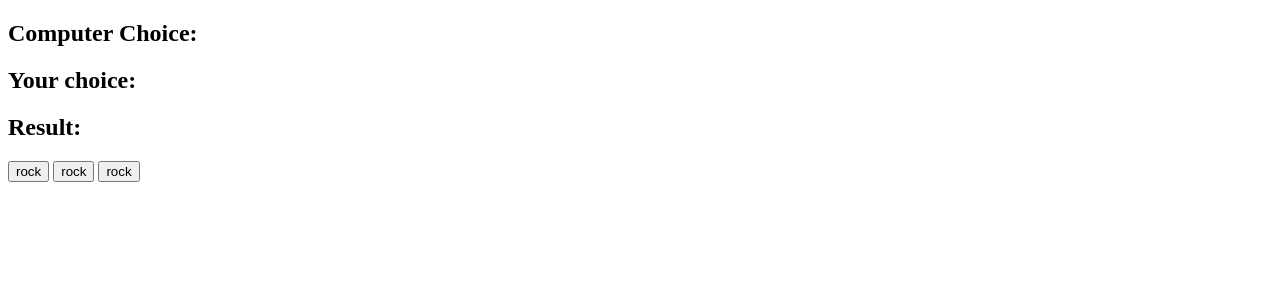
Repository: biggie-pti/java-script-simple-game
Page: index.html
The author's editor kept a copy of each file at every save. The page is drawn from the files as they stood at one save, then again after a run of saves.
The browser window is 1280 px wide. The pictures show the whole page.

Above is the page before, as saved 2022-02-28 18:56:17.

### index.html
<!DOCTYPE html>
<html lang="en">
<head>
    <meta charset="UTF-8">
    <meta http-equiv="X-UA-Compatible" content="IE=edge">
    <meta name="viewport" content="width=device-width, initial-scale=1.0">
    <title>Rock Paper Scissors Tutorial</title>
</head>
<body>
    <h2>Computer Choice: <span id="computer-choice"></span></h2>
    <h2>Your choice: <span id="user-choice"></span></h2>
    <h2> Result: <span id="result"></span></h2>

    <button id="rock"> rock</button>
    <button id="rock"> rock</button>
    <button id="rock"> rock</button>

    <script src="app.js" charset="utf-8"></script>
</body>
</html>

Loaded but not shown: app.js (no copy from this time; the picture is the same without it)

After the next 4 saves:
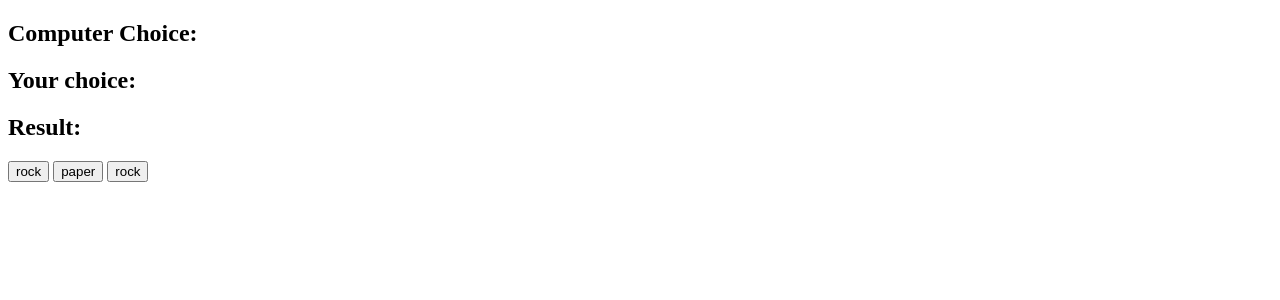
The 4 saves are shown as one change because they came seconds apart.
The last was saved 16 s later.
--- a/index.html
+++ b/index.html
@@ -12,7 +12,7 @@
     <h2> Result: <span id="result"></span></h2>
 
     <button id="rock"> rock</button>
-    <button id="rock"> rock</button>
+    <button id="paper"> paper</button>
     <button id="rock"> rock</button>
 
     <script src="app.js" charset="utf-8"></script>
